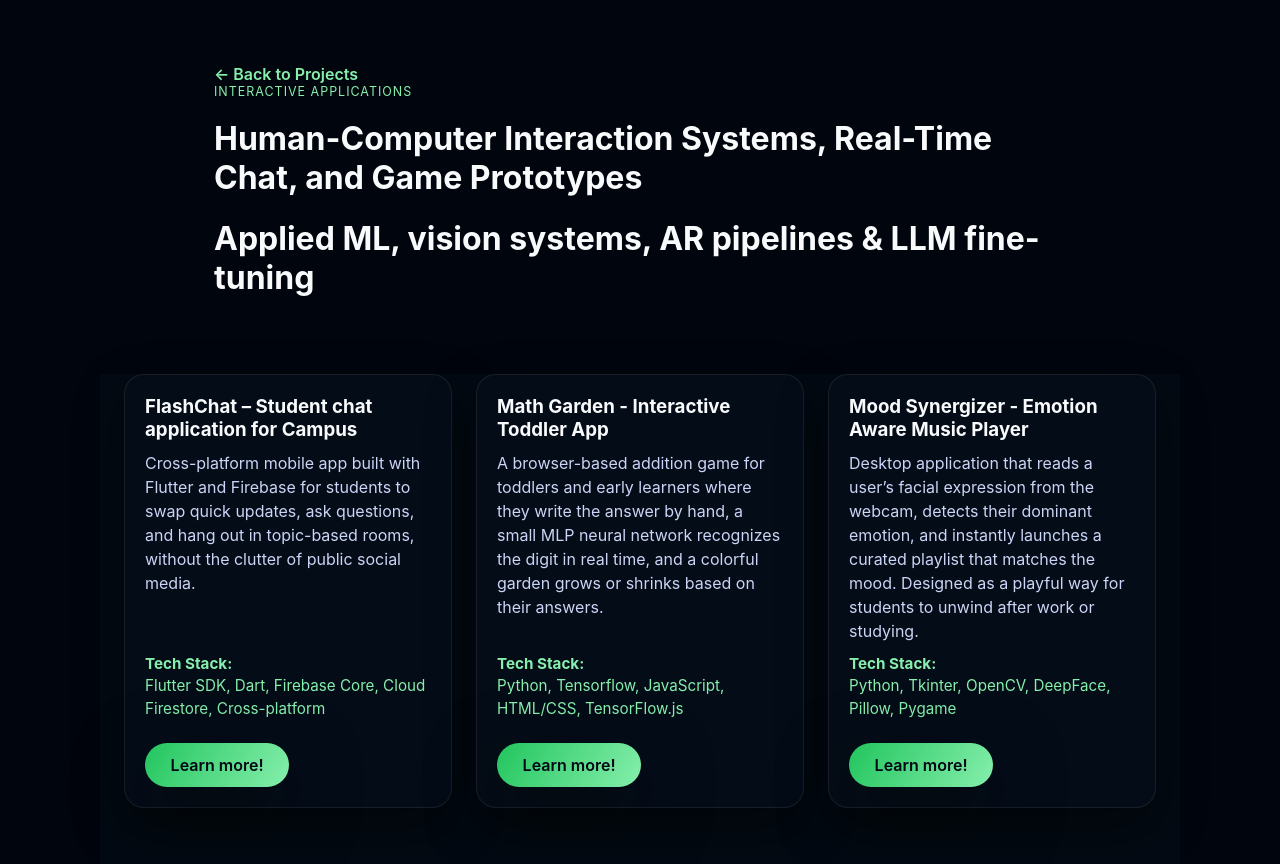
Repository: Abdulaziz-04/Abdulaziz-04.github.io
Page: projects/interactive_apps.html
The author's editor kept a copy of each file at every save. The page is drawn from the files as they stood at one save, then again after the next save.
The browser window is 1280 px wide. The pictures show the whole page.

Above is the page before, as saved 2025-11-20 16:20:51.

### projects/interactive_apps.html
<!DOCTYPE html>
<html lang="en">
  <head>
    <meta charset="UTF-8" />
    <meta name="viewport" content="width=device-width, initial-scale=1" />
    <title>Interactive Apps</title>
    <link rel="stylesheet" href="../assets/css/styles.css" />
  </head>
  <body class="category-page">
    <header class="category-hero">
      <a class="category-back" href="../index.html#projects"
        >&larr; Back to Projects</a
      >
      <p class="category-pill">Interactive Applications</p>
      <h1>
        Human-Computer Interaction Systems, Real-Time Chat, and Game Prototypes
      </h1>
      <h1>Applied ML, vision systems, AR pipelines & LLM fine-tuning</h1>
    </header>
    <main class="section category-section">
      <div class="project-modal-grid">
        <article class="project-modal-card">
          <div class="project-modal__body">
            <h3>FlashChat – Student chat application for Campus</h3>
            <p class="project-modal__summary">
              Cross-platform mobile app built with Flutter and Firebase for
              students to swap quick updates, ask questions, and hang out in
              topic-based rooms, without the clutter of public social media.
            </p>
            <p class="project-modal__tech">
              <strong>Tech Stack:</strong>
              Flutter SDK, Dart, Firebase Core, Cloud Firestore, Cross-platform
            </p>
            <div class="project-modal__actions">
              <a
                class="btn primary"
                href="../deepdives/interactive_apps/flash_chat/flash_chat.html"
                >Learn more!</a
              >
            </div>
          </div>
        </article>

        <article class="project-modal-card">
          <div class="project-modal__body">
            <h3>Math Garden - Interactive Toddler App</h3>

            <p class="project-modal__summary">
              A browser-based addition game for toddlers and early learners
              where they write the answer by hand, a small MLP neural network
              recognizes the digit in real time, and a colorful garden grows or
              shrinks based on their answers.
            </p>
            <p class="project-modal__tech">
              <strong>Tech Stack:</strong>
              Python, Tensorflow, JavaScript, HTML/CSS, TensorFlow.js
            </p>
            <div class="project-modal__actions">
              <a
                class="btn primary"
                href="../deepdives/interactive_apps/math_garden/math_garden.html"
                >Learn more!</a
              >
            </div>
          </div>
        </article>

        <article class="project-modal-card">
          <div class="project-modal__body">
            <h3>Mood Synergizer - Emotion Aware Music Player</h3>
            <p class="project-modal__summary">
              Desktop application that reads a user’s facial expression from the
              webcam, detects their dominant emotion, and instantly launches a
              curated playlist that matches the mood. Designed as a playful way
              for students to unwind after work or studying.
            </p>
            <p class="project-modal__tech">
              <strong>Tech Stack:</strong>
              Python, Tkinter, OpenCV, DeepFace, Pillow, Pygame
            </p>
            <div class="project-modal__actions">
              <a
                class="btn primary"
                href="../deepdives/interactive_apps/mood_synergizer/mood.synergizer.html"
                >Learn more!</a
              >
            </div>
          </div>
        </article>
      </div>
    </main>
  </body>
</html>

### assets/css/styles.css
:root {
  --bg: #030a13;
  --bg-alt: #050f1f;
  --panel: #071425;
  --panel-soft: rgba(34, 197, 94, 0.08);
  --accent: #22c55e;
  --accent-strong: #86efac;
  --text: #f8fafc;
  --muted: #cbd5f5;
  --border: rgba(255, 255, 255, 0.08);
  --radius: 18px;
  --shadow: 0 25px 70px rgba(1, 8, 4, 0.55);
}

* {
  box-sizing: border-box;
}

body {
  margin: 0;
  min-height: 100vh;
  font-family: "Inter", "Segoe UI", system-ui, -apple-system, BlinkMacSystemFont,
    sans-serif;
  color: var(--text);
  background: radial-gradient(circle at 15% 35%, rgba(34, 197, 94, 0.15), transparent 45%),
    radial-gradient(circle at 80% 0%, rgba(134, 239, 172, 0.2), transparent 35%),
    #020718;
  scroll-behavior: smooth;
  padding-top: 0;
}

.modal-open {
  overflow: hidden;
}

main {
  background: var(--bg);
}

.section {
  max-width: 1080px;
  margin: 0 auto;
  padding: 3.5rem 1.5rem;
}

.site-header {
  margin: 0;
  padding: clamp(4rem, 12vw, 6rem) clamp(1.5rem, 6vw, 4rem) 3.5rem;
  background: linear-gradient(135deg, rgba(5, 18, 12, 0.9), rgba(3, 10, 19, 0.85)),
    radial-gradient(circle at top left, rgba(34, 197, 94, 0.25), transparent 55%);
  box-shadow: inset 0 1px 0 rgba(255, 255, 255, 0.05);
  min-height: 85vh;
  display: flex;
  align-items: center;
}

.hero-header {
  margin-top: 0;
  padding-top: clamp(4.5rem, 12vw, 7rem);
}

.top-nav {
  position: fixed;
  top: 0;
  left: 0;
  width: 100%;
  padding: 0.75rem clamp(1.25rem, 6vw, 4rem);
  background: rgba(4, 9, 20, 0.95);
  border-bottom: 1px solid rgba(255, 255, 255, 0.05);
  backdrop-filter: blur(14px);
  display: flex;
  align-items: center;
  justify-content: space-between;
  gap: 1rem;
  z-index: 50;
}

.top-nav__brand {
  font-size: 0.85rem;
  letter-spacing: 0.3em;
  text-transform: uppercase;
  color: var(--muted);
}

.top-nav__links {
  display: flex;
  align-items: center;
  gap: 0.9rem;
  flex-wrap: wrap;
}

.nav-link {
  text-decoration: none;
  color: var(--muted);
  font-weight: 600;
  letter-spacing: 0.08em;
  text-transform: uppercase;
  padding: 0.4rem 0.85rem;
  border-radius: 999px;
  transition: color 0.2s ease, background 0.2s ease;
}

.nav-link:hover {
  color: var(--text);
}

.nav-link.active {
  background: var(--accent);
  color: #03140c;
}

.hire-btn {
  cursor: pointer;
  background: var(--accent);
  color: black;
  padding: 0.95rem 2.4rem;
  font-size: 1.1rem;
  font-weight: 700;
  border: none;
  border-radius: 999px;
  box-shadow: 0 12px 28px rgba(34, 197, 94, 0.35);
}

.hero-grid {
  display: grid;
  grid-template-columns: minmax(0, 1.4fr) minmax(220px, 320px);
  gap: clamp(2rem, 4vw, 3.5rem);
  width: 100%;
  align-items: start;
}

.hero-text h1 {
  font-size: clamp(2.5rem, 5vw, 3.8rem);
  margin: 0.2rem 0 0.8rem;
}

.hero-lede {
  color: var(--muted);
  font-size: 1.05rem;
  max-width: 560px;
  line-height: 1.6;
}

.eyebrow {
  text-transform: uppercase;
  color: var(--accent-strong);
}

.hero-summary {
  margin: 1.5rem 0 1.75rem;
  color: var(--muted);
}

.summary-list {
  font-size: large;
  margin: 0;
  padding-left: 1.5rem;
}

.summary-list li {
  margin-bottom: 0.55rem;
  line-height: 1.5;
}

.hero-actions {
  display: flex;
  flex-wrap: wrap;
  gap: 1rem;
  width: 100%;
}

.hero-actions .hire-btn {
  padding: 1.1rem 2.8rem;
  font-size: 1.2rem;
}

.btn {
  display: inline-flex;
  align-items: center;
  justify-content: center;
  gap: 0.4rem;
  padding: 0.75rem 1.6rem;
  border-radius: 999px;
  text-decoration: none;
  font-weight: 600;
  transition: transform 0.2s ease, box-shadow 0.2s ease;
}

.btn.primary {
  background: linear-gradient(120deg, var(--accent), var(--accent-strong));
  color: #020714;
  box-shadow: var(--shadow);
}

.btn.secondary {
  border: 1px solid var(--accent);
  color: var(--accent-strong);
}

.btn:hover {
  transform: translateY(-2px);
}

.hero-photo {
  justify-self: center;
}

.hero-photo img {
  width: clamp(220px, 18vw, 280px);
  border-radius: 28px;
  border: 1px solid rgba(134, 239, 172, 0.2);
  box-shadow: 0 20px 60px rgba(0, 0, 0, 0.6);
  filter: saturate(1.05);
}

.section h2 {
  margin-top: 0;
  font-size: 2rem;
}

.experience-grid {
  display: grid;
  grid-template-columns: repeat(auto-fit, minmax(300px, 1fr));
  gap: 1.75rem;
}

.experience-title {
  display: flex;
  justify-content: space-between;
  align-items: center;
  gap: 1rem;
  font-size: 1.2rem;
}

.experience-title .role {
  color: var(--text); /* default text color */
  font-weight: 600;
}

.experience-title .org {
  color:#6DF9C9;
  white-space: nowrap;
}

.experience-card,
.project-card {
  background: linear-gradient(145deg, var(--panel), rgba(6, 14, 18, 0.9));
  border-radius: var(--radius);
  border: 1px solid var(--border);
  padding: 1.75rem;
  box-shadow: var(--shadow);
}

.timeline {
  border-left: 2px solid var(--border);
  margin-top: 1.25rem;
}

.timeline-item {
  padding-left: 1.75rem;
  margin-bottom: 1.75rem;
  position: relative;
}

.timeline-header {
  display: flex;
  justify-content: space-between;
  align-items: baseline;
  gap: 1rem;
}

.timeline-header h3 {
  margin: 0;
}

.education-title {
  display: flex;
  justify-content: space-between;
  gap: 0.75rem;
  align-items: baseline;
  flex-wrap: wrap;
}

.edu-gpa {
  color: var(--accent-strong);
  white-space: nowrap;
  font-size: 0.95rem;
}





.hire-modal {
  position: fixed;
  inset: 0;
  background: rgba(5, 9, 18, 0.8);
  display: flex;
  justify-content: center;
  align-items: center;
  z-index: 100;
}

.hire-modal[hidden] {
  display: none;
}

.hire-modal__panel {
  background: #050b16;
  border: 1px solid rgba(255, 255, 255, 0.08);
  border-radius: 22px;
  padding: 1.75rem;
  width: min(90%, 420px);
  box-shadow: 0 30px 80px rgba(0, 0, 0, 0.55);
  position: relative;
  color: var(--text);
}

.hire-modal__panel p {
  color: var(--muted);
}

.hire-modal__close {
  position: absolute;
  top: 0.5rem;
  right: 0.75rem;
  background: var(--accent);
  color: #02120b;
  border: none;
  font-size: 1.35rem;
  font-weight: 700;
  cursor: pointer;
  width: 2.25rem;
  height: 2.25rem;
  border-radius: 999px;
  display: inline-flex;
  align-items: center;
  justify-content: center;
  line-height: 1;
}

.hire-options {
  display: flex;
  flex-direction: column;
  gap: 0.75rem;
  margin-top: 1rem;
}

.hire-option {
  display: flex;
  justify-content: space-between;
  align-items: center;
  padding: 0.85rem 1rem;
  border-radius: 1rem;
  text-decoration: none;
  color: var(--text);
  border: 1px solid rgba(255, 255, 255, 0.08);
  background: rgba(255, 255, 255, 0.02);
  transition: background 0.2s ease, transform 0.2s ease;
}

.hire-option:hover {
  background: rgba(34, 197, 94, 0.18);
  transform: translateY(-2px);
}

.hire-option small {
  color: var(--muted);
  letter-spacing: 0.04em;
}

.hire-modal__action {
  margin-top: 1.5rem;
  width: 100%;
  text-align: center;
}

.timeline-item::before {
  content: "";
  width: 11px;
  height: 11px;
  border-radius: 999px;
  background: var(--accent);
  box-shadow: 0 0 16px rgba(34, 197, 94, 0.8);
  position: absolute;
  left: -6px;
  top: 4px;
}

.timeline-date {
  font-size: 0.85rem;
  letter-spacing: 0.1em;
  text-transform: uppercase;
  color: var(--muted);
}

.course-dropdown {
  margin-top: 1.5rem;
}

.course-toggle {
  width: 100%;
  background: transparent;
  border: 1px solid rgba(255, 255, 255, 0.08);
  border-radius: var(--radius);
  padding: 0.75rem 1.1rem;
  color: var(--text);
  font: inherit;
  font-weight: 600;
  letter-spacing: 0.04em;
  display: flex;
  justify-content: space-between;
  align-items: center;
  cursor: pointer;
  transition: border-color 0.2s ease, transform 0.2s ease, box-shadow 0.2s ease;
}

.course-toggle:hover {
  border-color: rgba(134, 239, 172, 0.7);
  box-shadow: 0 0 20px rgba(34, 197, 94, 0.25);
  transform: translateY(-1px);
}

.course-toggle__icon {
  font-size: 1.1rem;
  line-height: 1;
  transition: transform 0.25s ease;
}

.course-toggle[aria-expanded='true'] .course-toggle__icon {
  transform: rotate(45deg);
}

.course-panel {
  margin-top: 1rem;
  border-left: 2px solid rgba(134, 239, 172, 0.3);
  padding-left: 1.25rem;
}

.course-panel[hidden] {
  display: none;
}

.course-panel__body h4 {
  margin-top: 1rem;
  margin-bottom: 0.5rem;
}

.certifications-list {
  display: grid;
  gap: 1rem;
  margin-top: 1rem;
}

#certifications {
  scroll-margin-top: 140px;
}

.cert-list {
  list-style: none;
  padding: 0;
  margin: 0;
  display: flex;
  flex-direction: column;
  gap: 0.75rem;
}

.cert-title {
  font-weight: 700;
}

.cert-meta {
  font-size: 0.95rem;
  color: var(--muted);
}

.loading-text,
.loading-error {
  color: var(--muted);
  font-style: italic;
}

.loading-error {
  color: #fda4af;
}

.project-card--featured {
  display: flex;
  flex-wrap: wrap;
  gap: 1.5rem;
}

.project-media img {
  max-width: 280px;
  border-radius: var(--radius);
  border: 1px solid rgba(34, 197, 94, 0.3);
}

.project-grid {
  display: grid;
  grid-template-columns: repeat(auto-fit, minmax(240px, 1fr));
  gap: 1.25rem;
  margin-top: 1rem;
}

.projects-overview .projects-lede {
  color: var(--muted);
  max-width: 760px;
  margin-bottom: 2rem;
}

.project-category-grid {
  display: grid;
  grid-template-columns: repeat(auto-fit, minmax(260px, 1fr));
  gap: 1.5rem;
  margin-top: 2rem;
}

.project-category-card {
  border: 1px solid var(--border);
  border-radius: var(--radius);
  padding: 1.75rem;
  background: rgba(7, 19, 33, 0.85);
  display: flex;
  flex-direction: column;
  gap: 0.75rem;
  box-shadow: 0 15px 40px rgba(0, 0, 0, 0.35);
  min-height: 260px;
}

.category-pill {
  text-transform: uppercase;
  letter-spacing: 0.08em;
  font-size: 0.78rem;
  color: var(--accent-strong);
  margin: 0;
  display: block;
  min-height: 2.2em;
}

.project-category-card h3 {
  margin: 0;
  line-height: 1.35;
  min-height: 3.2em;
}

.project-category-card > p:not(.category-pill) {
  margin: 0;
  line-height: 1.5;
  min-height: 4.4em;
}

.category-link {
  align-self: flex-start;
  margin-top: auto;
}

.category-page {
  background: #01050d;
  color: var(--text);
  min-height: 100vh;
  margin: 0;
}

.category-hero {
  max-width: 900px;
  margin: 0 auto;
  padding: 4rem 1.5rem 2rem;
  text-align: left;
}

.category-hero h1 {
  margin-top: 0.5rem;
}

.category-back {
  text-decoration: none;
  color: var(--accent-strong);
  font-weight: 600;
}

.category-section {
  padding-top: 0;
}

.category-description {
  color: var(--muted);
  max-width: 720px;
}

.project-modal-grid {
  display: grid;
  grid-template-columns: repeat(auto-fit, minmax(280px, 1fr));
  gap: 1.5rem;
  margin-top: 1.5rem;
  align-items: stretch;
  grid-auto-rows: 1fr;
}

.project-modal-card {
  border: 1px solid rgba(255, 255, 255, 0.08);
  border-radius: 20px;
  padding: 1.25rem;
  background: rgba(5, 13, 25, 0.95);
  display: flex;
  flex-direction: column;
  gap: 1rem;
  box-shadow: 0 20px 50px rgba(0, 0, 0, 0.45);
  height: 100%;
}

.project-modal__body {
  display: grid;
  grid-template-rows: auto 1fr auto auto;
  gap: 0.6rem;
  height: 100%;
}

.project-modal-card h3 {
  margin: 0;
  min-height: 2.6rem;
  display: flex;
  align-items: flex-end;
}

.project-modal__body h3,
.project-modal__body p {
  margin: 0;
}

.project-modal__summary {
  color: var(--muted);
  line-height: 1.5;
  min-height: 0;
}

.project-modal__tech {
  font-size: 0.95rem;
  color: var(--accent-strong);
  min-height: 2.4rem;
  line-height: 1.5;
}

.project-modal__tech strong,
.project-modal__tech b {
  display: block;
}

.project-modal__actions {
  display: flex;
  gap: 0.75rem;
  flex-wrap: wrap;
  margin-top: auto;
  padding-top: 0.75rem;
}

.category-footer {
  text-align: center;
  color: var(--muted);
  padding: 2rem 1rem 3rem;
}

.project-detail-page {
  background: #01050d;
  color: var(--text);
  margin: 0;
}

.detail-hero {
  max-width: 960px;
  margin: 0 auto;
  padding: 4rem 1.5rem 2rem;
}

.detail-summary {
  color: var(--muted);
  font-size: 1.1rem;
}

.detail-meta {
  list-style: none;
  padding: 0;
  margin: 1.5rem 0 0;
  display: flex;
  flex-wrap: wrap;
  gap: 1rem 2rem;
  color: var(--accent-strong);
}

.detail-content {
  padding-top: 0;
}

.home-page p,
.home-page li,
.home-page .course-panel__body {
  text-align: justify;
}

.home-page .projects-overview p,
.home-page .project-category-card p {
  text-align: left;
}

.project-detail-page p,
.project-detail-page li {
  text-align: justify;
}

.detail-section {
  margin-bottom: 2.5rem;
}

.detail-gallery {
  display: flex;
  flex-direction: column;
  gap: 1.5rem;
}

.detail-gallery .gallery-row {
  display: flex;
  flex-direction: column;
  gap: 1.75rem;
  align-items: center;
}

.detail-gallery .gallery-row--two {
  width: 100%;
  display: grid;
  grid-template-columns: repeat(auto-fit, minmax(280px, 1fr));
  gap: 1.25rem;
  align-items: start;
}

.detail-gallery .gallery-item {
  flex: 0 0 auto;
  max-width: 880px;
  margin: 0 auto;
  text-align: center;
}

.detail-gallery .gallery-item figcaption {
  text-align: center;
}

.detail-gallery .gallery-item img {
  display: block;
  width: 100%;
  height: auto;
  border-radius: 12px;
  border: 1px solid rgba(255, 255, 255, 0.08);
  margin: 0 auto;
  transform: none;
}

.detail-video {
  display: block;
  width: 100%;
  max-width: 720px;
  height: auto;
  margin: 0 auto;
  border-radius: 12px;
  border: 1px solid rgba(255, 255, 255, 0.08);
  background: #000;
}

.detail-gallery__grid {
  display: grid;
  grid-template-columns: repeat(auto-fit, minmax(240px, 1fr));
  gap: 1.25rem;
}

.detail-gallery__grid img {
  width: 100%;
  border-radius: 14px;
  border: 1px solid rgba(255, 255, 255, 0.08);
}

.detail-snippet pre {
  background: #020714;
  padding: 1.25rem;
  border-radius: 16px;
  border: 1px solid rgba(255, 255, 255, 0.08);
  overflow-x: auto;
}

.code-emphasis {
  font-size: 1.4em;
}

.skills-list {
  display: flex;
  flex-wrap: wrap;
  gap: 0.65rem;
}

.skill-pill {
  --pill-bg: rgba(148, 163, 184, 0.15);
  --pill-color: #f8fafc;
  --pill-icon: rgba(255, 255, 255, 0.85);
  display: inline-flex;
  align-items: center;
  gap: 0.4rem;
  padding: 0.45rem 0.9rem;
  border-radius: 0.85rem;
  background: var(--pill-bg);
  color: var(--pill-color);
  font-size: 0.78rem;
  font-weight: 700;
  letter-spacing: 0.05em;
  text-transform: uppercase;
  border: 1px solid rgba(255, 255, 255, 0.06);
  box-shadow: 0 6px 14px rgba(0, 0, 0, 0.25);
}

.skill-pill i {
  font-size: 1rem;
  color: var(--pill-icon);
}

.site-footer {
  text-align: center;
  display: flex;
  justify-content: center;
  padding: 2.5rem 1rem 3rem;
  color: var(--muted);
  border-top: 1px solid var(--border);
  background: linear-gradient(180deg, rgba(5, 9, 18, 0.98), rgba(2, 7, 24, 0.95));
  margin-top: 0;
  box-shadow: 0 -18px 45px rgba(0, 0, 0, 0.45);
}

.site-footer p {
  margin: 0;
}

@media (max-width: 1024px) {
  .hero-grid {
    grid-template-columns: 1fr;
    text-align: center;
  }

  .hero-photo {
    order: -1;
  }

  .top-nav {
    flex-direction: column;
    align-items: flex-start;
    gap: 0.5rem;
  }

  .top-nav__links {
    width: 100%;
    justify-content: flex-start;
    gap: 0.5rem;
  }

  .hire-btn {
    width: 100%;
    text-align: center;
  }
}

@media (max-width: 640px) {
  .hero-header {
    padding-top: 9rem;
  }

  .experience-title {
    flex-direction: column;
    align-items: flex-start;
    gap: 0.35rem;
    font-size: 1.05rem;
  }

  .experience-title .org {
    white-space: normal;
    width: 100%;
  }
}


/* Medium size for first GIF */
.gallery-item--medium {
  text-align: center;
}

.gallery-item--medium img {
  max-width: 720px;
  width: 100%;
  height: auto;
  display: block;
  margin: 0 auto;
}

.gallery-item figcaption {
  margin-top: 0.95rem;
  color: var(--muted);
  line-height: 1.5;
}

.hero-screens {
  display: flex;
  flex-wrap: wrap;
  justify-content: center;
  align-items: flex-start;
  gap: 1.25rem;
}

.hero-screens .gallery-item {
  max-width: 220px;
  width: 100%;
  display: flex;
  flex-direction: column;
  align-items: center;
}

.hero-screens .gallery-item img {
  width: 100%;
  height: 420px;
  display: block;
  margin: 0 auto;
  object-fit: contain;
}

.hero-screens .gallery-item figcaption {
  text-align: center;
  margin-top: 0.75rem;
}


a {
  color: #b6f5c9;
}

a:hover {
  color: #8ef0af;
}

After the next save:
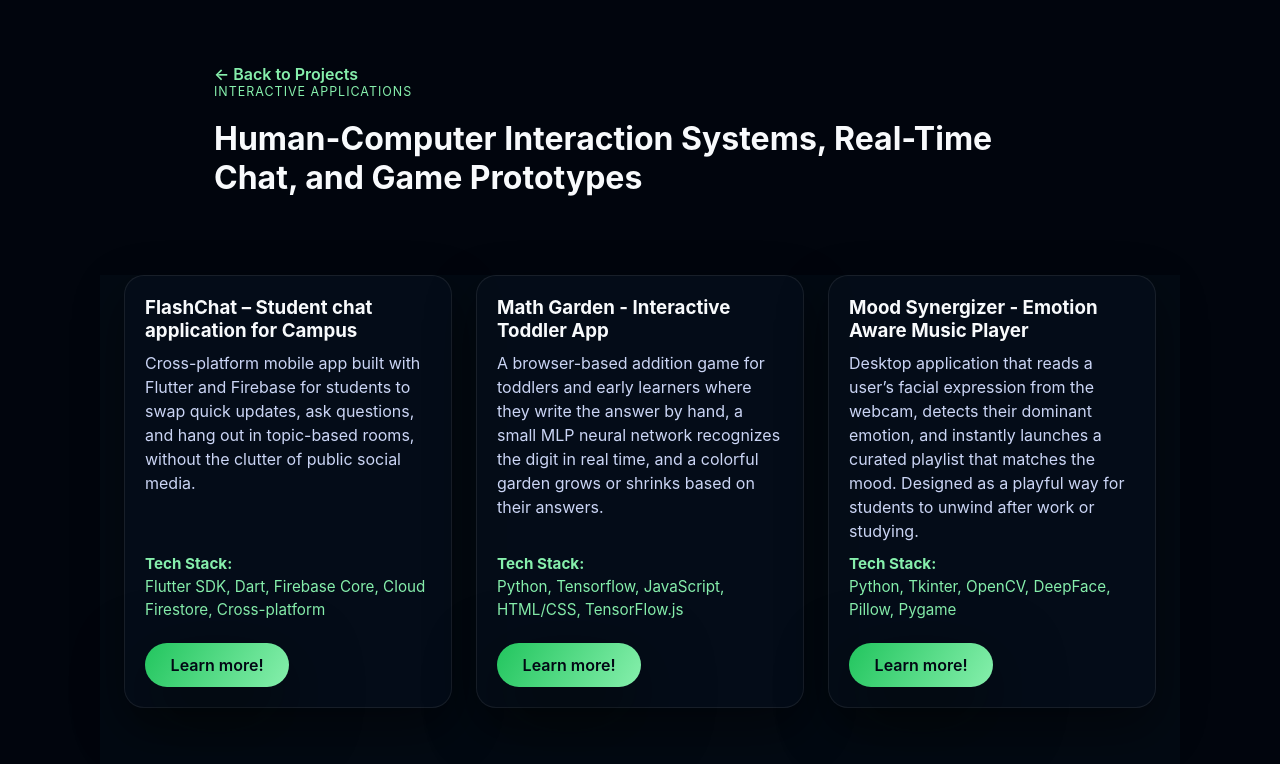
Saved 12 s later.
--- a/projects/interactive_apps.html
+++ b/projects/interactive_apps.html
@@ -15,7 +15,6 @@
       <h1>
         Human-Computer Interaction Systems, Real-Time Chat, and Game Prototypes
       </h1>
-      <h1>Applied ML, vision systems, AR pipelines & LLM fine-tuning</h1>
     </header>
     <main class="section category-section">
       <div class="project-modal-grid">
